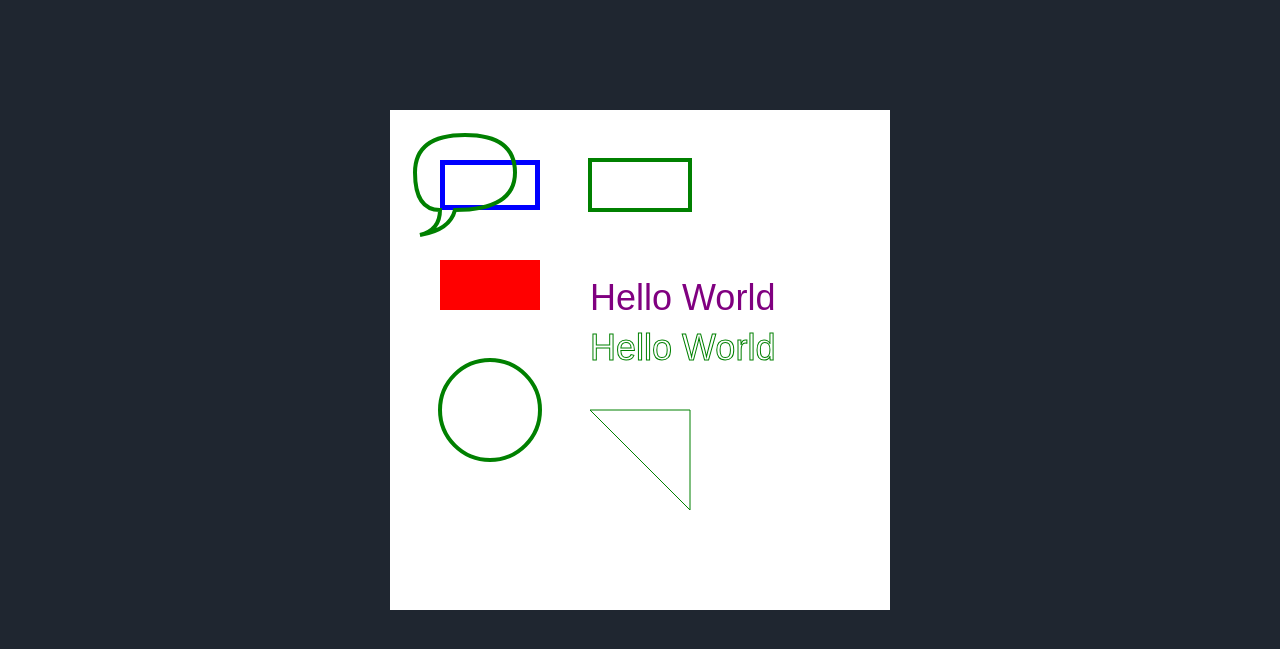
Repository: thecodeholic/cst-javascript-course
Page: /
An editor plug-in stored every save of this project. The page is shown before and after the next save, followed by the edit.
The browser window is 1280 px wide. The pictures show the whole page.
The project was rebuilt for these pictures with package versions that can differ from the ones it lists, and the page was loaded fresh each time.

Above is the page before, as saved 2020-11-25 09:52:09.

### index.html
<!doctype html>
<html lang="en">
  <head>
    <!-- Required meta tags -->
    <meta charset="utf-8">
    <meta name="viewport" content="width=device-width, initial-scale=1, shrink-to-fit=no">

    <!-- Bootstrap CSS -->
    <link rel="stylesheet" href="https://stackpath.bootstrapcdn.com/bootstrap/4.5.2/css/bootstrap.min.css" integrity="sha384-JcKb8q3iqJ61gNV9KGb8thSsNjpSL0n8PARn9HuZOnIxN0hoP+VmmDGMN5t9UJ0Z" crossorigin="anonymous">

    <title>Javascript Course</title>

    <link rel="stylesheet" href="app.css">
  </head>
  <body>
    <canvas id="myCanvas" width="500" height="500">Your browser does not support canvas</canvas>
    <script src="app.js"></script>
    <!-- <script src="homework.js"></script> -->
  </body>
</html>

### app.css
* {
    box-sizing: border-box;
}
html {
    height: 100%;
}

body {
    background-color: rgb(31, 38, 48);
    display: flex;
    align-items: center;
    justify-content: center;
    height: 100%;;
}

canvas {
    background-color: #FFF;

}

### app.js
// What is canvas?
// https://developer.mozilla.org/en-US/docs/Web/API/Canvas_API/Tutorial
// https://www.w3schools.com/html/html5_canvas.asp
// https://www.w3schools.com/graphics/canvas_intro.asp
// https://www.w3schools.com/graphics/canvas_reference.asp
// https://developer.mozilla.org/en-US/docs/Web/API/Canvas_API

// How to create it and use it
const canvas = document.getElementById('myCanvas');
const ctx = canvas.getContext('2d');

// Draw rectangles
// =================
// fillRect
ctx.fillStyle = 'blue';
ctx.fillRect(50, 50, 100, 50);
ctx.fillStyle = 'red';
ctx.fillRect(50, 150, 100, 50)

// strokeRect
ctx.strokeStyle = 'green';
ctx.lineWidth = 4;
ctx.strokeRect(200, 50, 100, 50);

// clearRect
ctx.clearRect(55, 55, 90, 40);

// fillText
ctx.font = '36px Arial';
ctx.fillStyle = 'purple';
ctx.fillText("Hello World", 200, 200)

// strokeText
ctx.lineWidth = 1;
ctx.strokeText("Hello World", 200, 250);

// Paths   beginPath, moveTo, lineTo, closePath, stroke, fill
// ==============
ctx.beginPath();
ctx.moveTo(200, 300);
ctx.lineTo(300, 300);
ctx.lineTo(300, 400);
ctx.closePath();
ctx.stroke();

// Arcs
// ====================
ctx.beginPath();
ctx.lineWidth = 4;
ctx.arc(100, 300, 50, 0, 2 * Math.PI);
ctx.stroke();

ctx.beginPath();
ctx.moveTo(75, 25);
ctx.quadraticCurveTo(25, 25, 25, 62.5);
ctx.quadraticCurveTo(25, 100, 50, 100);
ctx.quadraticCurveTo(50, 120, 30, 125);
ctx.quadraticCurveTo(60, 120, 65, 100);
ctx.quadraticCurveTo(125, 100, 125, 62.5);
ctx.quadraticCurveTo(125, 25, 75, 25);
ctx.stroke();

// Draw image
// ====================

// Write text
// ====================

// Ball animation

Loaded but not shown: src/index.js (no copy from this time; the picture is the same without it)

After the next save:
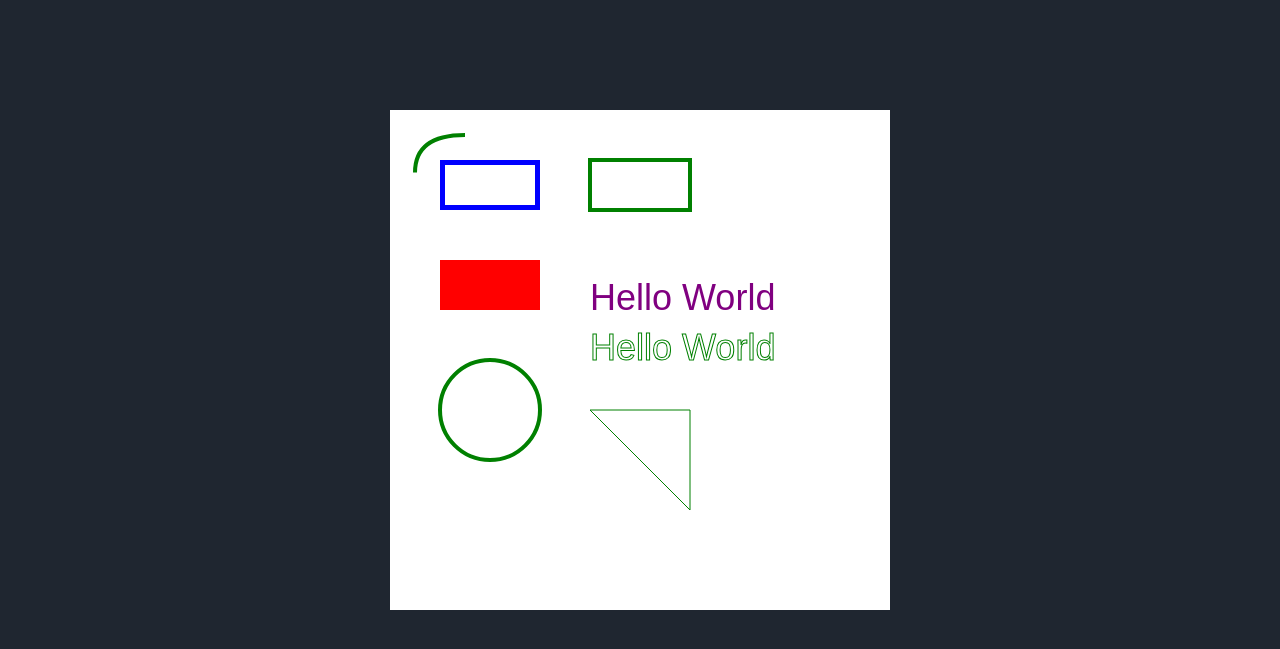
Saved 12 s later.
--- a/app.js
+++ b/app.js
@@ -53,11 +53,11 @@ ctx.stroke();
 ctx.beginPath();
 ctx.moveTo(75, 25);
 ctx.quadraticCurveTo(25, 25, 25, 62.5);
-ctx.quadraticCurveTo(25, 100, 50, 100);
-ctx.quadraticCurveTo(50, 120, 30, 125);
-ctx.quadraticCurveTo(60, 120, 65, 100);
-ctx.quadraticCurveTo(125, 100, 125, 62.5);
-ctx.quadraticCurveTo(125, 25, 75, 25);
+// ctx.quadraticCurveTo(25, 100, 50, 100);
+// ctx.quadraticCurveTo(50, 120, 30, 125);
+// ctx.quadraticCurveTo(60, 120, 65, 100);
+// ctx.quadraticCurveTo(125, 100, 125, 62.5);
+// ctx.quadraticCurveTo(125, 25, 75, 25);
 ctx.stroke();
 
 // Draw image
